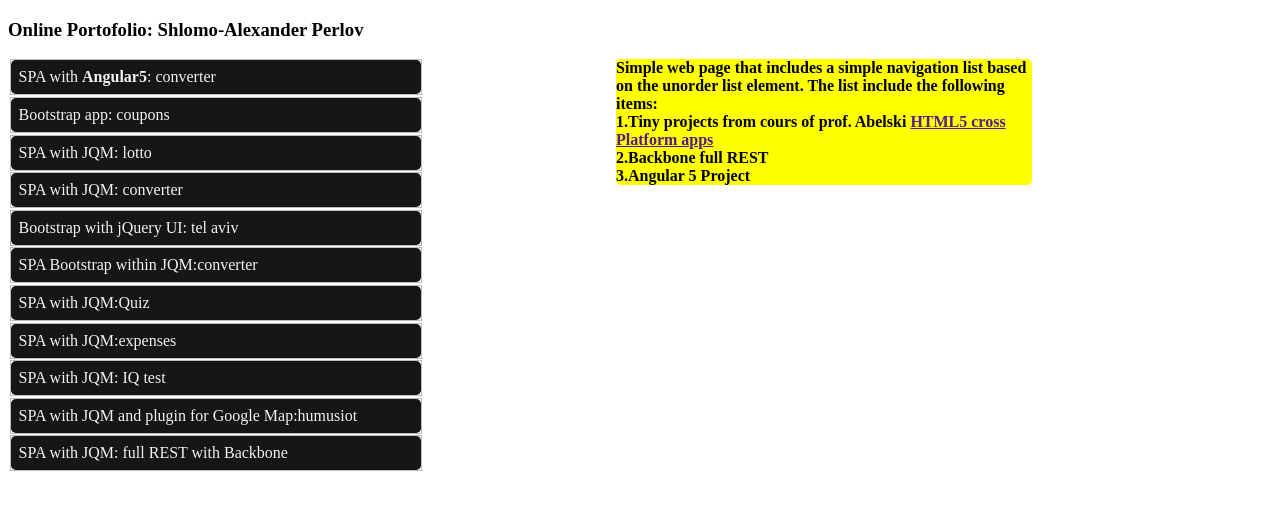
Repository: perlov3301/nav
Page: public/fver/a18h.html
The author's editor kept a record of every edit. The page is drawn from the files as they stood at one moment, then again after the next edit.
The browser window is 1280 px wide. The pictures show the whole page.

Above is the page before.

After the next edit:
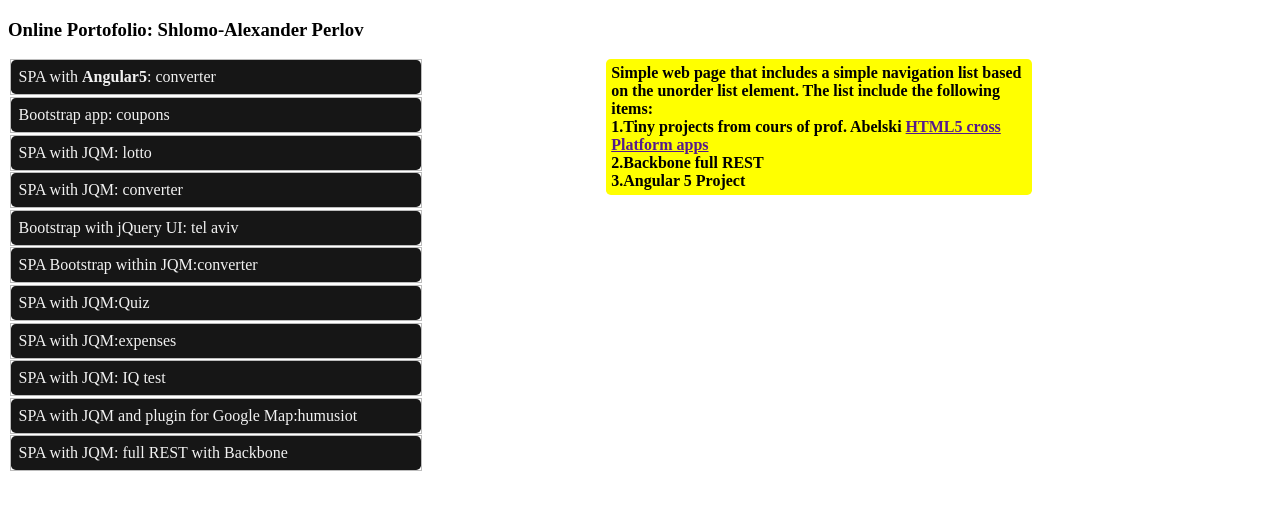
The edit:
--- a/public/fver/a18c.css
+++ b/public/fver/a18c.css
@@ -6,7 +6,8 @@
   width:26em;
   height:auto;
   border: 0;
-  border-radius: 0.3em;
+  border-radius: 1em;
+  padding: 0.3em;
   /*overflow:auto;*/
 ;}
 }
